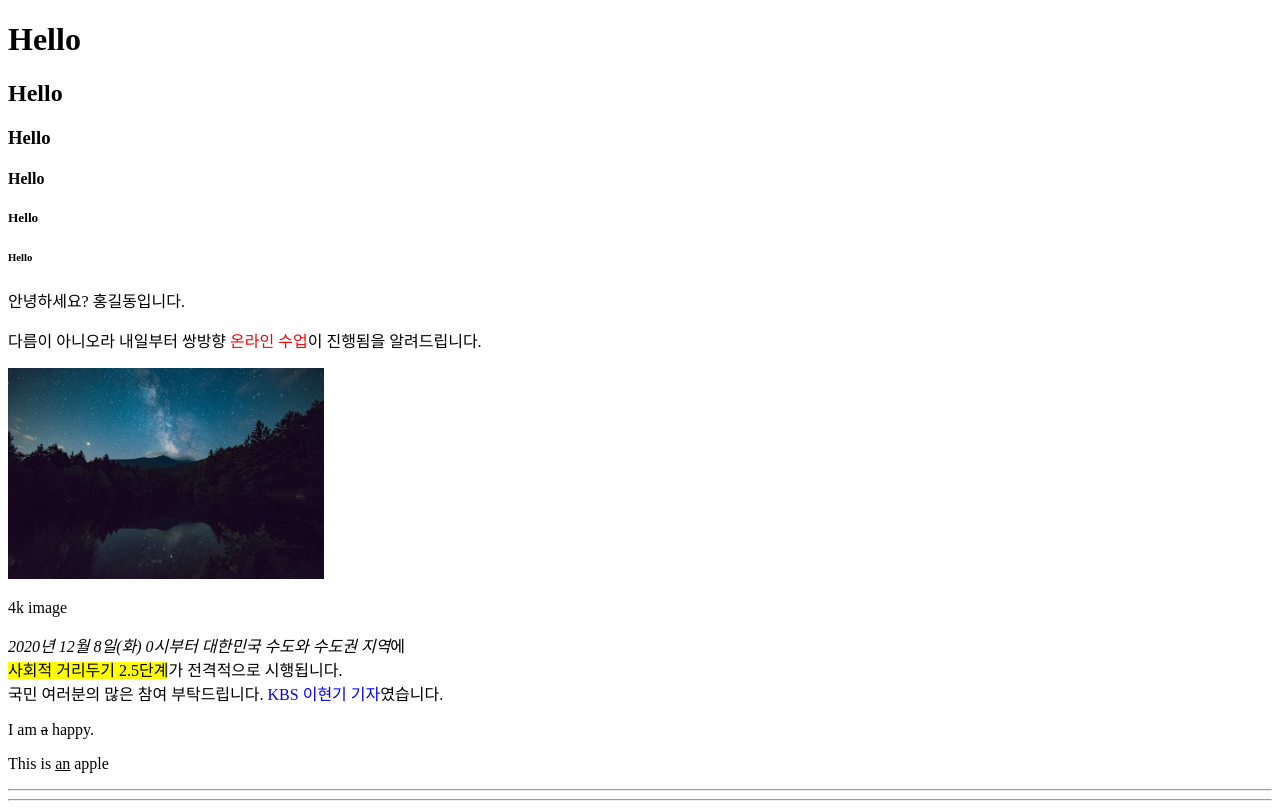
Repository: woneeseo/javastudy
Page: htmlStudy/workspace_html/HelloWorld/WebContent/f.html
An editor plug-in stored every save of this project. The page is shown before and after the next save, followed by the edit.
The browser window is 1280 px wide. The pictures show the whole page.

Above is the page before, as saved 2020-12-07 05:15:23.

After the next save:
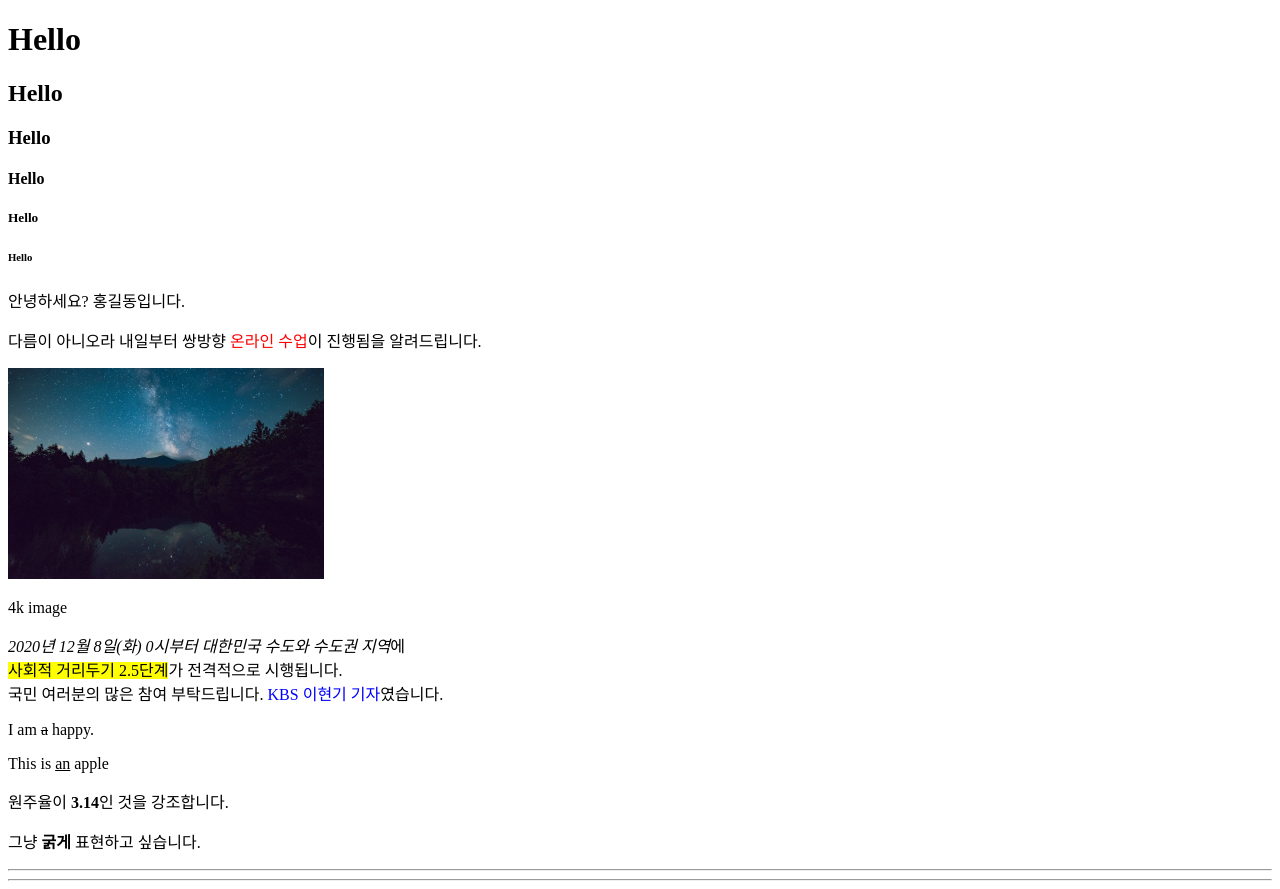
Saved 3 min 42 s later.
--- a/htmlStudy/workspace_html/HelloWorld/WebContent/f.html
+++ b/htmlStudy/workspace_html/HelloWorld/WebContent/f.html
@@ -60,6 +60,12 @@
 <p>This is <ins>an</ins> apple</p>
 
 <!-- del : 지워야 하는 텍스트일 때 (중간선) / ins : 반드시 있어야만 하는 텍스트일 때 (밑줄)-->
+<!-- css와 시멘틱태그 : css는 시각장애인용 디스플레이상에서 제대로 인식하지 못하는 경우가 있어 -->
+<!-- 삽입, 삭제등 시멘틱태그로 사용할 수 있는 경우에는 반드시 시맨틱태그로 사용해준다. -->
+
+<p>원주율이 <strong>3.14</strong>인 것을 강조합니다.</p>
+<p>그냥 <b>굵게</b> 표현하고 싶습니다.</p>
+
 
 
 <hr>
